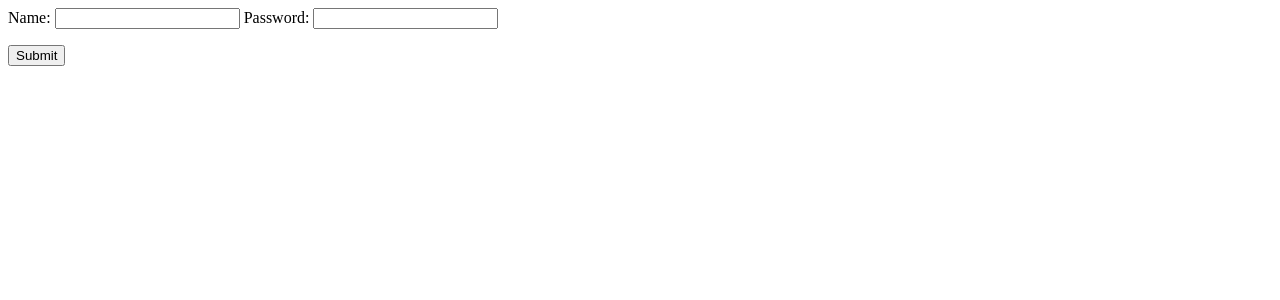
Repository: myoder020/Projects
Page: http://localhost/ControllerTest/
The author's editor kept a copy of each file at every save. The page is drawn from the files as they stood at one save, then again after a run of saves.
The browser window is 1280 px wide. The pictures show the whole page.
The page is served by Tomcat 9.

Above is the page before, as saved 2015-05-23 19:54:59.

After the next 2 saves:
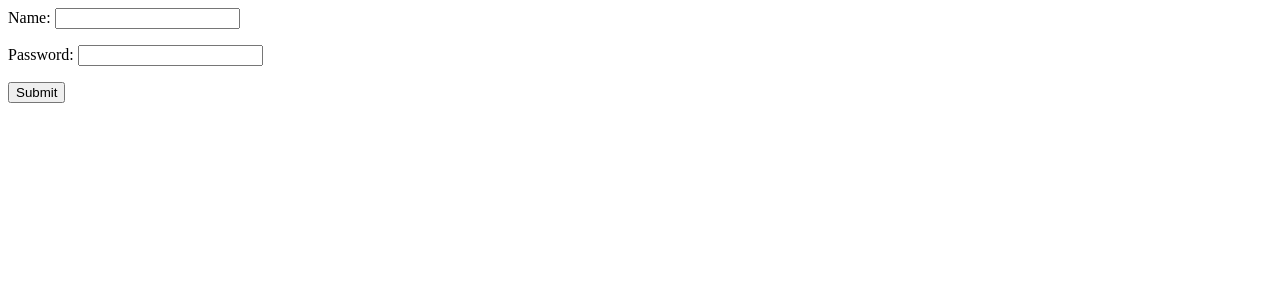
The 2 saves are shown as one change because they came seconds apart.
The last was saved 32 s later.
--- a/webDev/ControllerTest/WebContent/index.jsp
+++ b/webDev/ControllerTest/WebContent/index.jsp
@@ -9,9 +9,8 @@
 <body>
 	<form action="MainController" method="post">
 
-		Name: <input type="text" name="name"/>
-		Password: <input type="password" name="pass"/>
-		<p/>
+		Name: <input type="text" name="name"/><p/>
+		Password: <input type="password" name="pass"/><p/>
 		<button type="submit">Submit</button>
 
 	</form>
